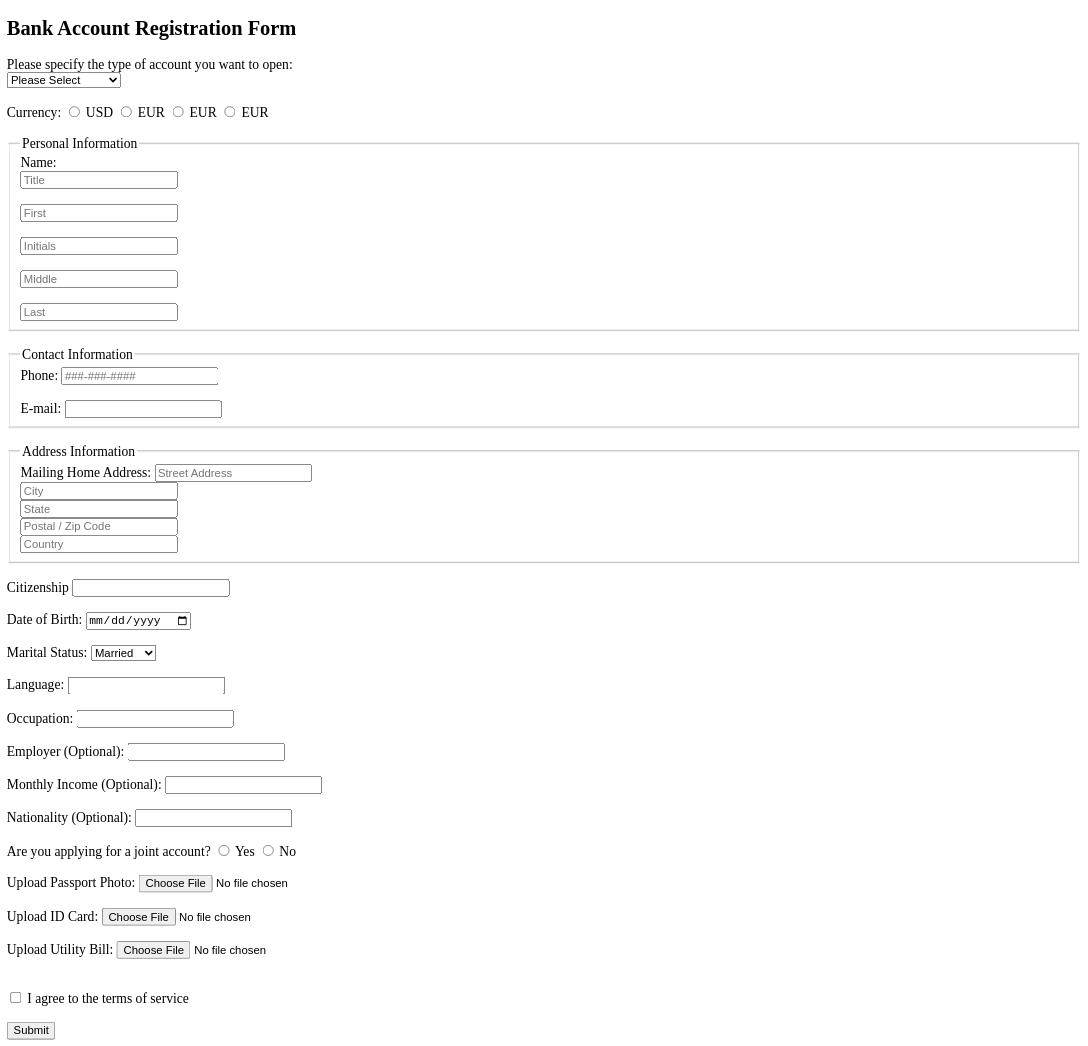
Repository: hizeetech/First-Assignment
Page: sign_up.html
An editor plug-in stored every save of this project. The page is shown before and after a run of saves, followed by the edit.
The browser window is 1280 px wide. The pictures show the whole page, at 85% of full size.

Above is the page before, as saved 2024-11-09 03:06:56.

### sign_up.html
<!-- sign_up.html -->
<!DOCTYPE html>
<html lang="en">
<head>
    <meta charset="UTF-8">
    <meta name="viewport" content="width=device-width, initial-scale=1.0">
    <title>Bank Account Registration Form</title>

</head>
<body>

<div>
    <h2>Bank Account Registration Form</h2>
    <form action="#" method="post">

        <div>
            <label for="account-type">Please specify the type of account you want to open:</label><br>
            <select id="account-type" name="account_type" required>
                <option value="">Please Select</option>
                <option value="savings">Savings Account</option>
                <option value="current">Current Account</option>
                <option value="corporate">Corporate Account</option>
            </select>
        </div>
        <br>
        <div>
            <label>Currency:</label>
            <label><input type="radio" name="currency" value="NGN" required> USD</label>
            <label><input type="radio" name="currency" value="USD"> EUR</label>
            <label><input type="radio" name="currency" value="EUR"> EUR</label>
            <label><input type="radio" name="currency" value="POUNDS"> EUR</label>
        </div>
        <br>
        <div>
            <fieldset>
                <legend>Personal Information</legend>
            <label for="title">Name:</label>
            <div class="inline"><input type="text" id="title" name="title" placeholder="Title"></div><br>
            <div class="inline"><input type="text" name="first_name" placeholder="First" required></div><br>
            <div class="inline"><input type="text" name="initials" placeholder="Initials"></div><br>
            <div class="inline"><input type="text" name="middle_name" placeholder="Middle"></div><br>
            <input type="text" name="last_name" placeholder="Last" required><br>
            </fieldset>
        </div>
        <br>
        <div>
            <fieldset>
                <legend>Contact Information</legend>
            <label for="phone">Phone:</label>
            <input type="tel" id="phone" name="phone" placeholder="###-###-####" required>
        <br><br>
            <label for="email">E-mail:</label>
            <input type="email" id="email" name="email" required>
        </fieldset>
        </div>
        <br>
        <div>
            <fieldset>
                <legend>Address Information</legend>
            <label for="address">Mailing Home Address:</label>
            <input type="text" id="address" name="address" placeholder="Street Address" required>
            <div class="inline"><input type="text" name="city" placeholder="City" required></div>
            <div class="inline"><input type="text" name="state" placeholder="State" required></div>
            <div class="inline"><input type="text" name="postal_code" placeholder="Postal / Zip Code" required></div>
            <input type="text" name="country" placeholder="Country" required>
        </fieldset>
        </div>
        <br>
        <div>
            <label for="citizenship">Citizenship</label>
            <input type="citizenship" id="citizenship" name="citizenship" required>
        </div>
        <br>
        <div>
            <label for="dob">Date of Birth:</label>
            <input type="date" id="dob" name="dob" required>
        </div>
        <br>
        <div>
            <label for="marital-status">Marital Status:</label>
            <select id="marital-status" name="marital_status" required>
                <option value="married">Married</option>
                <option value="single">Single</option>
                <option value="divorced">Divorced</option>
                <option value="widowed">Widowed</option>
            </select>
        </div>
        <br>
        <div>
            <label for="language">Language:</label>
            <input type="text" id="language" name="language" required>
        </div>
        <br>
        <div>
            <label for="occupation">Occupation:</label>
            <input type="text" id="occupation" name="occupation" required>
        </div>
        <br>
        <div>
            <label for="employer">Employer (Optional):</label>
            <input type="text" id="employer" name="employer">
        </div>
        <br>
        <div>
            <label for="income">Monthly Income (Optional):</label>
            <input type="text" id="income" name="monthly_income">
        </div>
        <br>
        <div>
            <label for="nationality">Nationality (Optional):</label>
            <input type="text" id="nationality" name="nationality">
        </div>
        <br>
        <div>
            <label>Are you applying for a joint account?</label>
            <label><input type="radio" name="joint_account" value="yes"> Yes</label>
            <label><input type="radio" name="joint_account" value="no"> No</label>
        </div>
        <br>
        <div>
            <label for="passportPhoto">Upload Passport Photo:</label>
            <input type="file" id="passportPhoto" name="passportPhoto" accept="image/*" required><br><br>

            <label for="idCard">Upload ID Card:</label>
            <input type="file" id="idCard" name="idCard" accept="image/*" required><br><br>

            <label for="utilityBill">Upload Utility Bill:</label>
            <input type="file" id="utilityBill" name="utilityBill" accept="image/*" required><br><br>
        </div>
        <br>
        <div>
            <input type="checkbox" id="terms" name="terms" required>
            <label for="terms">I agree to the terms of service</a></label>
        </div>
        <br>
        <button type="submit" class="submit-btn">Submit</button>
    </form>
</div>

</body>
</html>

After the next 10 saves:
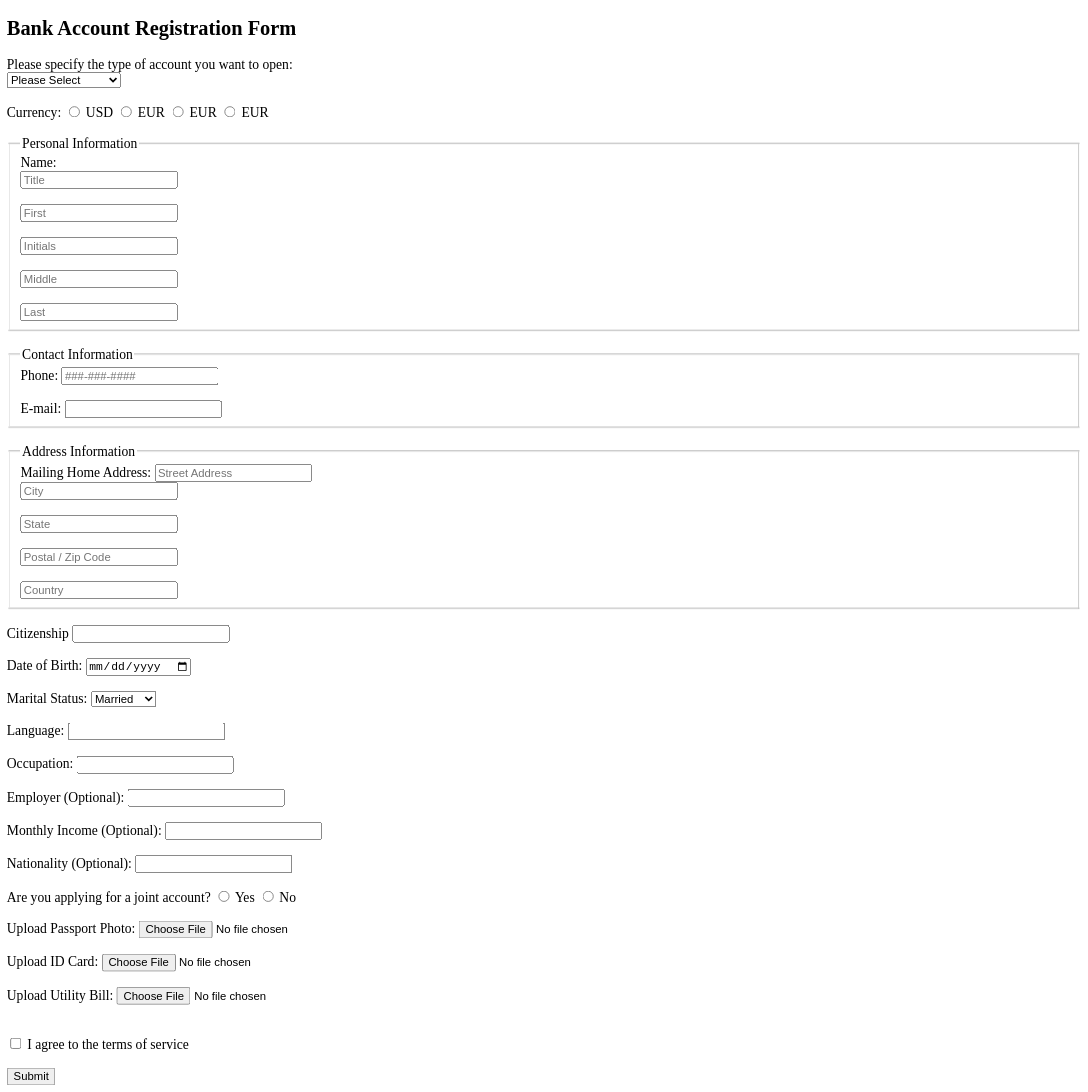
The 10 saves are shown as one change because they came seconds apart.
The last was saved 18 s later.
--- a/sign_up.html
+++ b/sign_up.html
@@ -58,11 +58,11 @@
             <fieldset>
                 <legend>Address Information</legend>
             <label for="address">Mailing Home Address:</label>
-            <input type="text" id="address" name="address" placeholder="Street Address" required>
-            <div class="inline"><input type="text" name="city" placeholder="City" required></div>
-            <div class="inline"><input type="text" name="state" placeholder="State" required></div>
-            <div class="inline"><input type="text" name="postal_code" placeholder="Postal / Zip Code" required></div>
-            <input type="text" name="country" placeholder="Country" required>
+            <input type="text" id="address" name="address" placeholder="Street Address" required><br>
+            <div class="inline"><input type="text" name="city" placeholder="City" required></div><br>
+            <div class="inline"><input type="text" name="state" placeholder="State" required></div><br>
+            <div class="inline"><input type="text" name="postal_code" placeholder="Postal / Zip Code" required></div><br>
+            <input type="text" name="country" placeholder="Country" required><br>
         </fieldset>
         </div>
         <br>
